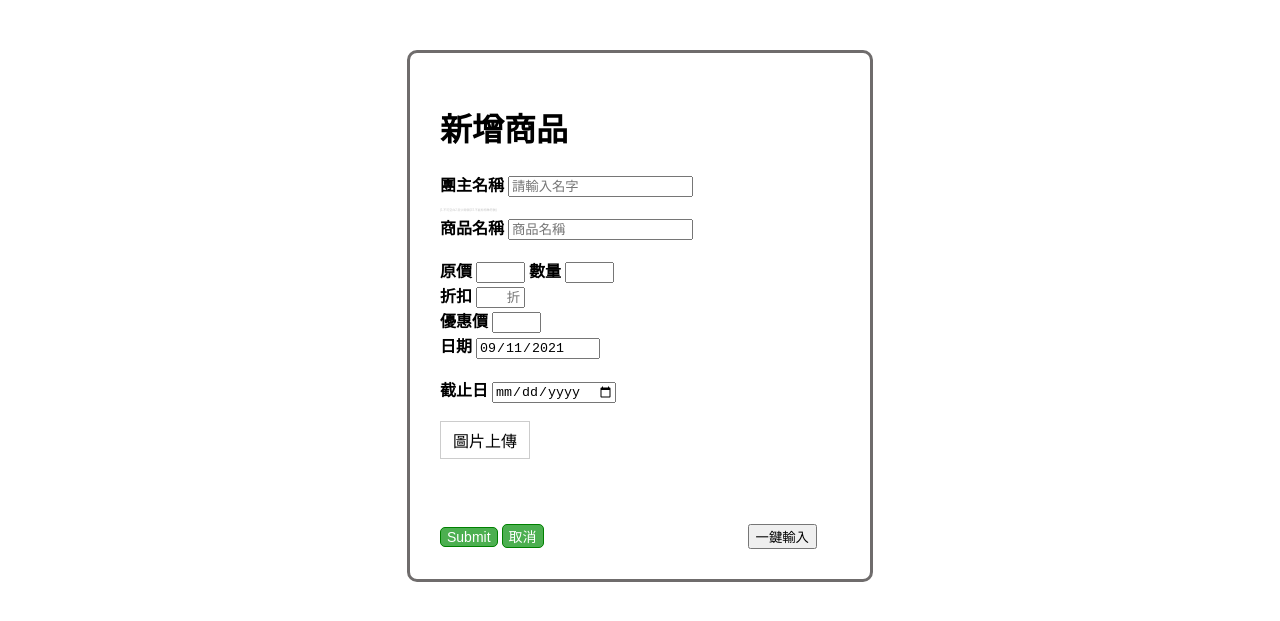
Repository: irlmpbfhvf2009/2021-09-17-Pro2-MVC
Page: http://localhost/Groupon/Manage-add.jsp
The author's editor kept a copy of each file at every save. The page is drawn from the files as they stood at one save, then again after the next save.
The browser window is 1280 px wide. The pictures show the whole page.
The page is served by Tomcat 9.

Above is the page before, as saved 2021-09-13 13:59:45.

After the next save:
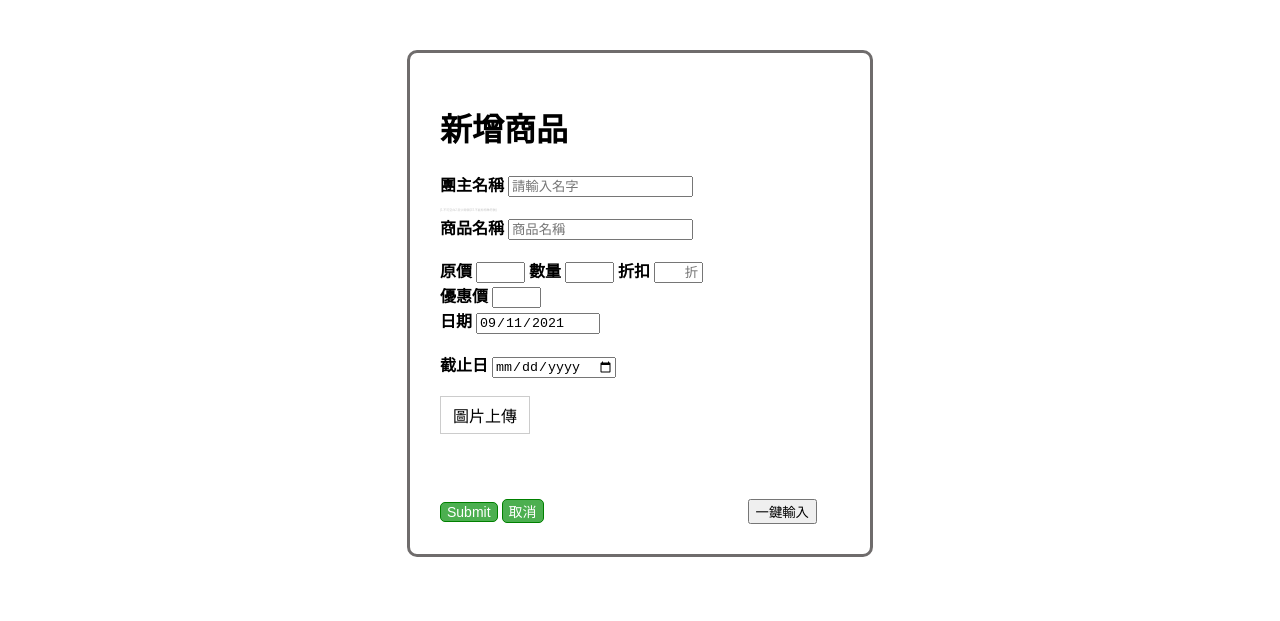
Saved 43 s later.
--- a/Groupon/src/main/webapp/Manage-add.jsp
+++ b/Groupon/src/main/webapp/Manage-add.jsp
@@ -41,7 +41,7 @@
 			<strong>原價 </strong><input type="text" class="price" required name="price" maxlength="6" size="3">
 
 			<!-- 數量 -->
-			<strong>數量 </strong><input type="text" name="quantity" required class="quantity" maxlength="3" size="3"><br>
+			<strong>數量 </strong><input type="text" name="quantity" required class="quantity" maxlength="3" size="3">
 
 			<!-- 折扣 -->
 			<strong>折扣 </strong><input type="text" class="discount" required name="discount" maxlength="2" size="3" placeholder="　　折">

After the save that followed:
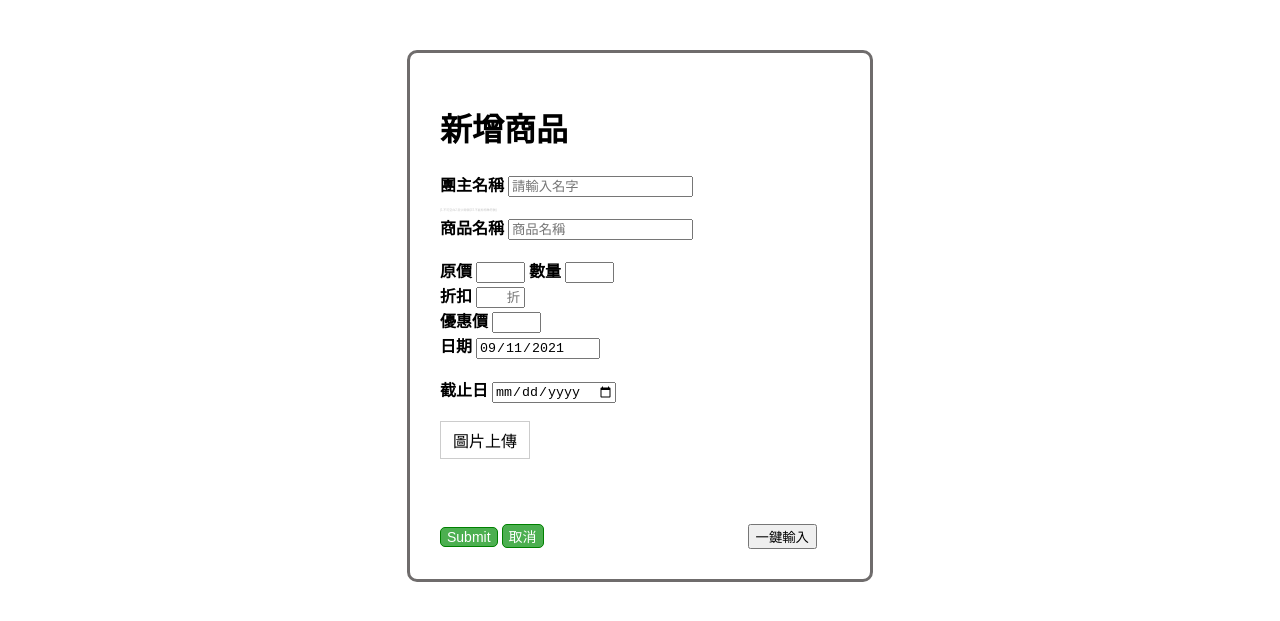
Saved 34 s later.
--- a/Groupon/src/main/webapp/Manage-add.jsp
+++ b/Groupon/src/main/webapp/Manage-add.jsp
@@ -41,7 +41,7 @@
 			<strong>原價 </strong><input type="text" class="price" required name="price" maxlength="6" size="3">
 
 			<!-- 數量 -->
-			<strong>數量 </strong><input type="text" name="quantity" required class="quantity" maxlength="3" size="3">
+			<strong>數量 </strong><input type="text" name="quantity" required class="quantity" maxlength="3" size="3"><br>
 
 			<!-- 折扣 -->
 			<strong>折扣 </strong><input type="text" class="discount" required name="discount" maxlength="2" size="3" placeholder="　　折">
